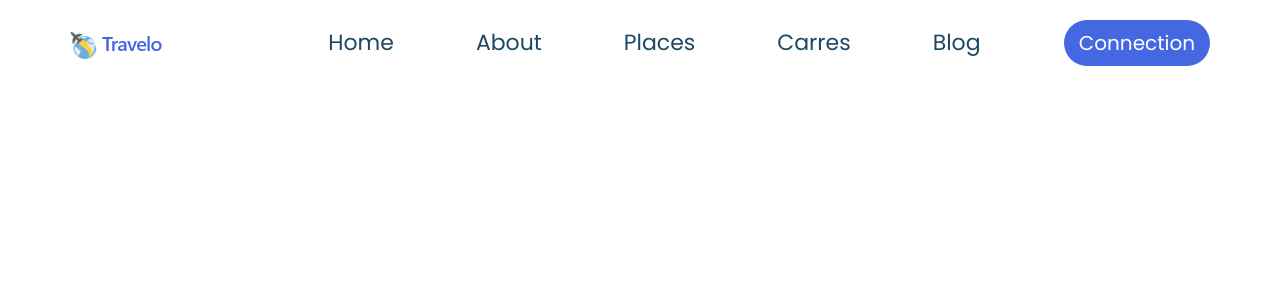
Repository: kuluong2000/travel
Page: index.html
An editor plug-in stored every save of this project. The page is shown before and after the next save, followed by the edit.
The browser window is 1280 px wide. The pictures show the whole page.
The style sheet was rebuilt from its Sass, Less or Tailwind sources for each picture, by a compiler version that may differ from the author's.

Above is the page before, as saved 2021-09-03 21:40:16.

### index.html
<!DOCTYPE html>
<html lang="en">
  <head>
    <meta charset="UTF-8" />
    <meta http-equiv="X-UA-Compatible" content="IE=edge" />
    <meta name="viewport" content="width=device-width, initial-scale=1.0" />
    <link rel="stylesheet" href="./libs/css/bootstrap.min.css" />
    <link rel="stylesheet" href="./libs/css/animate.css" />
    <link rel="stylesheet" href="./libs/css/slick-theme.css" />
    <link rel="stylesheet" href="./libs/css/slick.css" />
    <link rel="stylesheet" href="./assets/css/reset.css" />
    <link rel="stylesheet" href="./assets/css/style.css" />
    <link rel="stylesheet" href="./assets/css/responsive.css" />
    <title>Document</title>
  </head>
  <body>
    <header class="header">
      <div class="container">
        <div class="row">
          <div class="header__main">
            <div class="header__logo">
              <a href="/">
                <img src="./assets/image/logo.png" alt="" srcset="" />
              </a>
            </div>
            <nav>
              <ul class="header__menu">
                <li class="header__menu__item">
                  <a class="header__mennu__item__link" href="/">Home</a>
                </li>
                <li class="header__menu__item">
                  <a class="header__mennu__item__link" href="/">About</a>
                </li>
                <li class="header__menu__item">
                  <a class="header__mennu__item__link" href="/">Places</a>
                </li>
                <li class="header__menu__item">
                  <a class="header__mennu__item__link" href="/">Carres</a>
                </li>
                <li class="header__menu__item">
                  <a class="header__mennu__item__link" href="/">Blog</a>
                </li>
              </ul>
            </nav>
            <a href="#" class="header__conn"> Connection </a>
          </div>
        </div>
      </div>
    </header>

    <script src="./libs/Js/jquery-3.5.1.slim.min.js"></script>
    <script src="./libs/Js/bootstrap.min.js"></script>
    <script src="./libs/Js/slick.min.js"></script>
    <script src="./libs/Js/wow.js"></script>
  </body>
</html>

### assets/css/reset.css
html, body, div, span, applet, object, iframe,
h1, h2, h3, h4, h5, h6, p, blockquote, pre,
a, abbr, acronym, address, big, cite, code,
del, dfn, em, img, ins, kbd, q, s, samp,
small, strike, strong, sub, sup, tt, var,
b, u, i, center,
dl, dt, dd, ol, ul, li,
fieldset, form, label, legend,
table, caption, tbody, tfoot, thead, tr, th, td,
article, aside, canvas, details, embed,
figure, figcaption, footer, header, hgroup,
menu, nav, output, ruby, section, summary,
time, mark, audio, video {
	margin: 0;
	padding: 0;
	border: 0;
	font-size: 100%;
	vertical-align: baseline;
}
/* HTML5 display-role reset for older browsers */
article, aside, details, figcaption, figure,
footer, header, hgroup, menu, nav, section {
	display: block;
}
* {
	box-sizing: border-box;
}
body {
	line-height: 1;
  font-family: 'Muli', sans-serif;


  font-style: normal;
  font-weight: normal;
  font-size: 16px;
  line-height: 32px;
}
ol, ul {
	list-style: none;
}
blockquote, q {
	quotes: none;
}
blockquote:before, blockquote:after,
q:before, q:after {
	content: '';
	content: none;
}
table {
	border-collapse: collapse;
	border-spacing: 0;
}

img {
  max-width: 100%;
	vertical-align: bottom;
}
a {
	outline: none;
}

### assets/css/responsive.css

@media (min-width:1920px){
    .container{
        max-width: 1804px;
    }
}
@media (min-width:1400px) and (max-width:1919px){

}
@media (min-width:1200px) and (max-width:1399px){

}
@media (min-width:992px) and (max-width:1199px){

}
@media (min-width:768px) and (max-width:991px){

}
@media  (max-width:767px){

}

### assets/sass/style.scss
@import "global";
@import "variable";
@import "header";

### assets/sass/_global.scss
@import url('https://fonts.googleapis.com/css2?family=Montserrat:wght@300;400;500;600;700;800;900&family=Poppins:wght@300;400;500;600;700;800;900&display=swap');
*{
    padding: 0;
    margin: 0;
    box-sizing: border-box;
}
body{
    font-family: 'Poppins', sans-serif;
    line-height: 1.6;
    font-size: 20px;

}

### assets/sass/_variable.scss
$color-white:#FFFFFF;
$color-dark-blue:#1C4961;
$color-blue:#4468E2;
$color-light-blue:#E1E8F8;
$color-black:#000000;
$color-text:#163235;
$color-gray:#848484

### assets/sass/_header.scss
.header{
    &__main{
        display:flex;
        justify-content: space-between;
        align-items: center;
        padding:20px 0

    }
    &__logo{
        display: inline-block;

    }
    &__menu{
        display:flex;
        justify-content: space-between;
        align-items: center;

    }
    &__menu__item{
        margin-left: 82px;
    }
    &__mennu__item__link{
        text-decoration: none;
        color: $color-dark-blue;
        font-size: 22px;

    }
    &__conn{
        text-decoration: none;
        background-color: $color-blue;
        color: $color-white;
        border-radius: 25px;
        padding:7px 15px;
    }

}

Loaded but not shown: libs/css/bootstrap.min.css (library); libs/css/animate.css (library); libs/css/slick-theme.css (library); libs/css/slick.css (common file); libs/Js/jquery-3.5.1.slim.min.js (library); libs/Js/bootstrap.min.js (library); libs/Js/slick.min.js (library); libs/Js/wow.js (library)

After the next save:
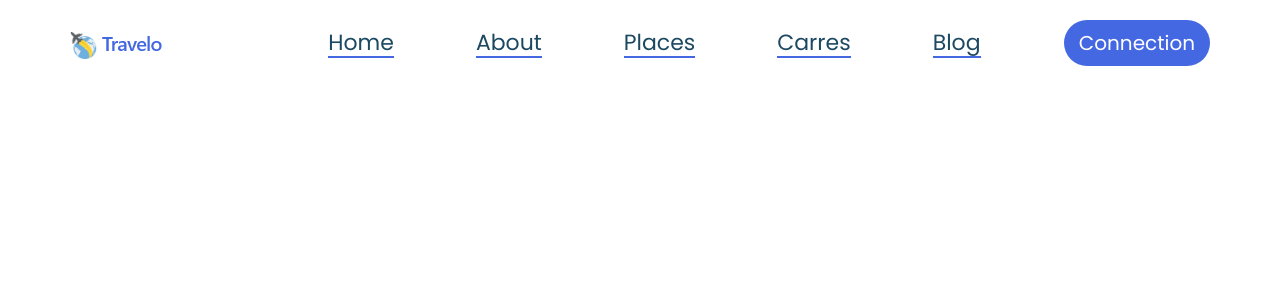
Saved 66 s later.
--- a/assets/sass/_header.scss
+++ b/assets/sass/_header.scss
@@ -23,7 +23,16 @@
         text-decoration: none;
         color: $color-dark-blue;
         font-size: 22px;
-
+        position: relative;
+        &::after{
+            content: '';
+            position: absolute;
+            width: 100%;
+            height: 2px;
+            background-color: $color-blue;
+            left: 0;
+            bottom: 0;
+        }
     }
     &__conn{
         text-decoration: none;

After the save that followed:
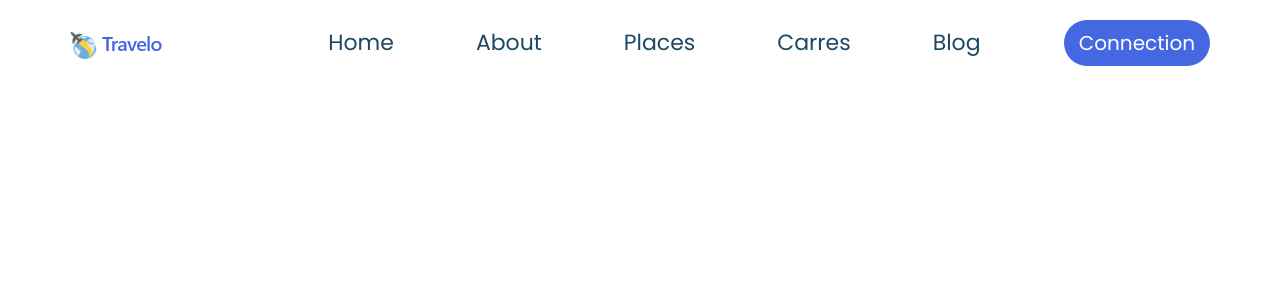
Saved 39 s later.
--- a/assets/sass/_header.scss
+++ b/assets/sass/_header.scss
@@ -32,6 +32,11 @@
             background-color: $color-blue;
             left: 0;
             bottom: 0;
+            transition: 0.5s;
+            transform: scale(0);
+        }
+        &:hover::after{
+            transform: scale(1);
         }
     }
     &__conn{
